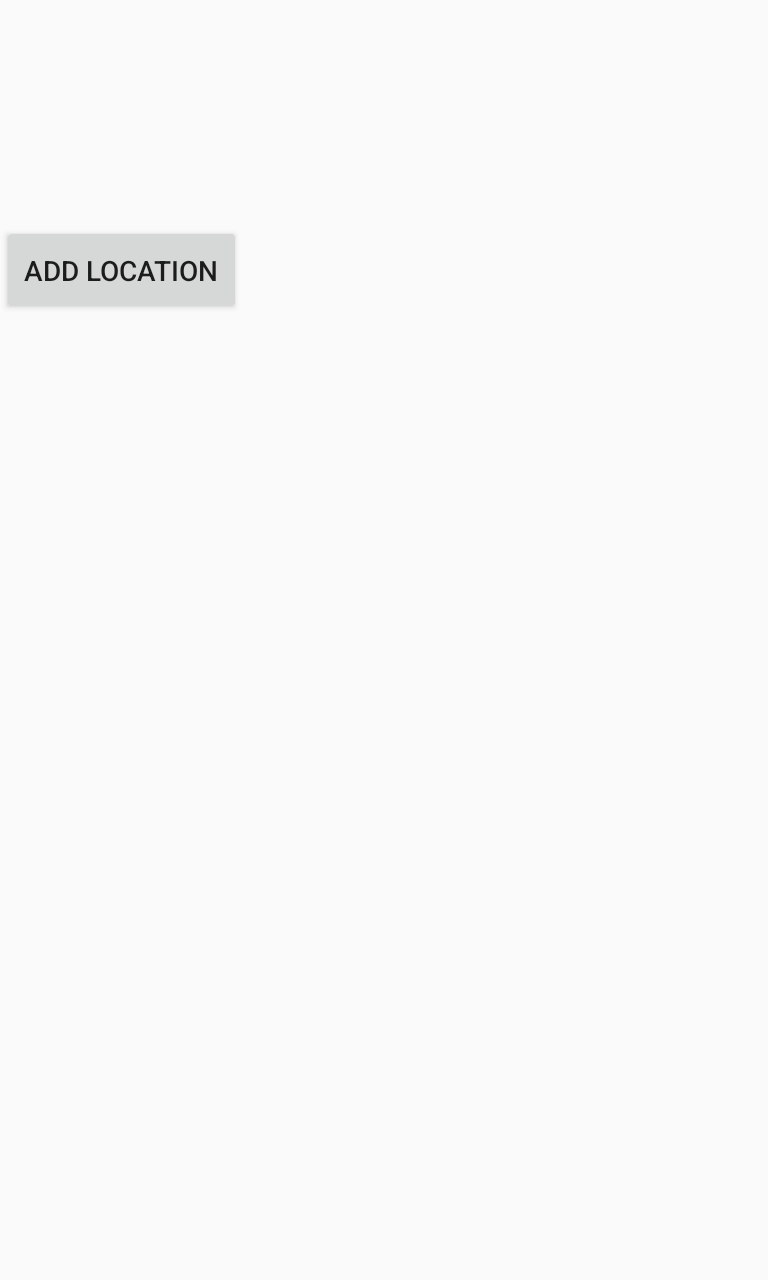
Repository: KristijanLaskovski/FINAL_PET_CARE
Layout: PatCareTeam2/res/layout/location_dialog.xml
The author's editor kept a copy of each file at every save. The layout is drawn from the files as they stood at one save, then again after the next save.
It is drawn on a 768 x 1280 px phone screen (xhdpi) without system bars, with theme AppTheme; the app's code is not run.

Above is the layout before, as saved 2015-08-12 23:44:15.

### PatCareTeam2/res/layout/location_dialog.xml
<?xml version="1.0" encoding="utf-8"?>
<RelativeLayout xmlns:android="http://schemas.android.com/apk/res/android"
    android:layout_width="match_parent"
    android:layout_height="match_parent" >

    <Button
        android:id="@+id/obtainMyLocation"
        android:layout_width="wrap_content"
        android:layout_height="wrap_content"
        android:layout_above="@+id/addLocation"
        android:text="@string/myLocation" />

    <Button
        android:id="@+id/addLocation"
        android:layout_width="wrap_content"
        android:layout_height="wrap_content"
        android:layout_alignParentTop="true"
        android:layout_marginTop="111dp"
        android:text="@string/newLocation" />

</RelativeLayout>

### PatCareTeam2/res/values/styles.xml
<resources>

    <!--
        Base application theme, dependent on API level. This theme is replaced
        by AppBaseTheme from res/values-vXX/styles.xml on newer devices.
    -->
    <style name="AppBaseTheme" parent="Theme.AppCompat.Light">
        <!--
            Theme customizations available in newer API levels can go in
            res/values-vXX/styles.xml, while customizations related to
            backward-compatibility can go here.
        -->
    </style>

    <!-- Application theme. -->
    <style name="AppTheme" parent="AppBaseTheme">
        <!-- All customizations that are NOT specific to a particular API-level can go here. -->
    </style>
    <color name="black_alfa">#ccc</color>

</resources>

### PatCareTeam2/res/values/strings.xml
<?xml version="1.0" encoding="utf-8"?>
<resources>

    <string name="app_name">PatCareTeam2</string>
    <string name="title_section1">Home</string>
    <string name="title_section2">Adopt a pet</string>
    <string name="title_section3">Buy</string>
    <string name="title_section4">Profile</string>
    <string name="title_section5">Log out</string>
    <string name="navigation_drawer_open">Open navigation drawer</string>
    <string name="navigation_drawer_close">Close navigation drawer</string>
    <string name="action_example">Example action</string>
    <string name="action_settings">Settings</string>
    <string name="action_preferences">Preferences</string>
    <string name="action_exit">Exit</string>
    <string name="action_about_us">About Us</string>
    <string name="postBTN">POST</string>
    <string name="comentString">Enter your comment here</string>
    <string name="userName">Username</string>
    <string name="password">Password</string>
    <string name="login">Login</string>
    <string name="nameTV">Name</string>
    <string name="lastnameTv">Last Name</string>
    <string name="timeTV">Time of post</string>
    <string name="tvComment">Your Comment here</string>
    <string name="title_activity_comment">CommentActivity</string>
    <string name="hello_world">Hello world!</string>
    <string name="stringForCommnet">Enter your comment here</string>
    <string name="post_btn">Post</string>
    <string name="addAPost">Add a Post</string>
    <string name="title_activity_register">Register</string>
    <string name="usernameR">Username</string>
    <string name="passwordRegister">Password</string>
    <string name="btnRegistertext">Register</string>
    <string name="firstname">First Name</string>
    <string name="lastName">Last Name</string>
    <string name="emailhint">Email</string>
    <string name="lname">Last Name</string>
    <string name="takeaphoto">Take a photo</string>
    <string name="motostring">Rescue the lost,save the injured,</string>
    <string name="motostring2">love the abandoned</string>
    <string name="tp">TAKE</string>
    <string name="loc">Plc</string>
    <string name="myLocation">obtain my location</string>
    <string name="newLocation">add location</string>

</resources>

Loaded but not shown: PatCareTeam2/res/values-v11/styles.xml (common file); PatCareTeam2/res/values-v14/styles.xml (common file)

After the next save:
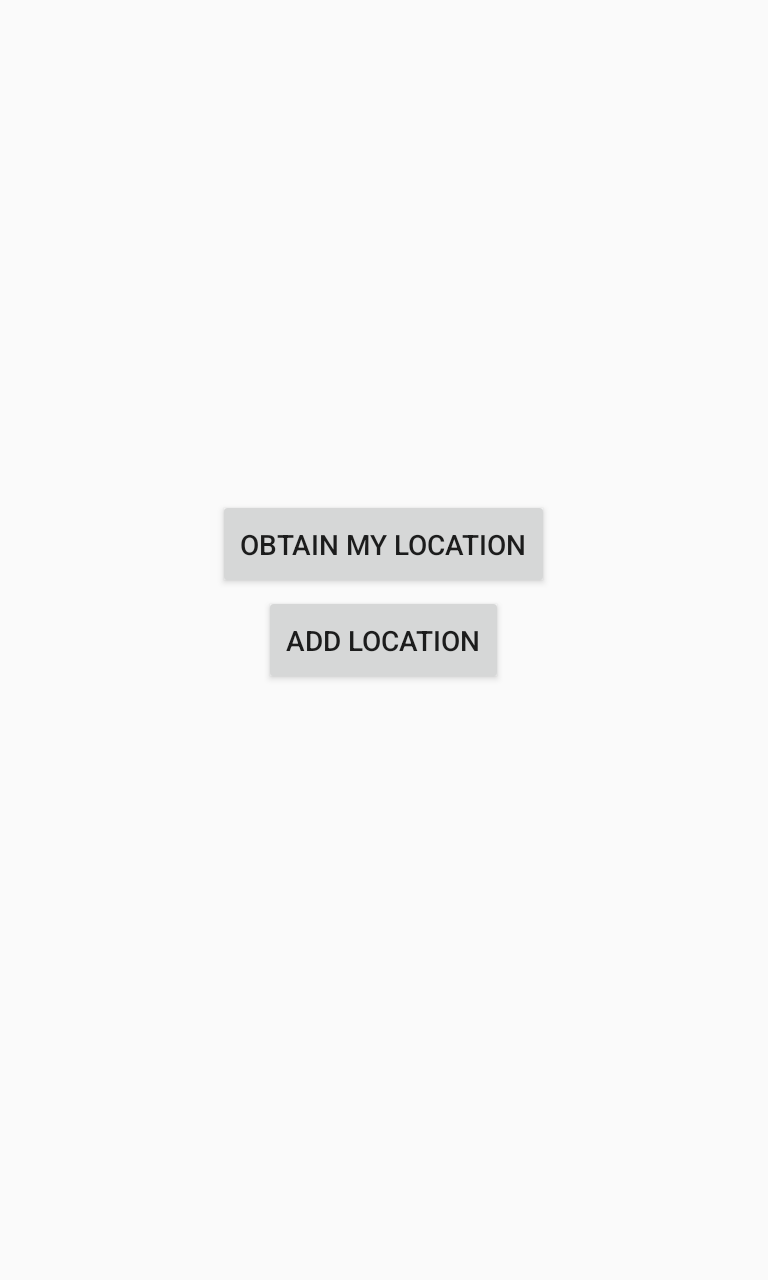
Saved 66 s later.
--- a/PatCareTeam2/res/layout/location_dialog.xml
+++ b/PatCareTeam2/res/layout/location_dialog.xml
@@ -4,18 +4,19 @@
     android:layout_height="match_parent" >
 
     <Button
+        android:id="@+id/addLocation"
+        android:layout_width="wrap_content"
+        android:layout_height="wrap_content"
+        android:layout_centerHorizontal="true"
+        android:layout_centerVertical="true"
+        android:text="@string/newLocation" />
+
+    <Button
         android:id="@+id/obtainMyLocation"
         android:layout_width="wrap_content"
         android:layout_height="wrap_content"
         android:layout_above="@+id/addLocation"
+        android:layout_centerHorizontal="true"
         android:text="@string/myLocation" />
 
-    <Button
-        android:id="@+id/addLocation"
-        android:layout_width="wrap_content"
-        android:layout_height="wrap_content"
-        android:layout_alignParentTop="true"
-        android:layout_marginTop="111dp"
-        android:text="@string/newLocation" />
-
 </RelativeLayout>
